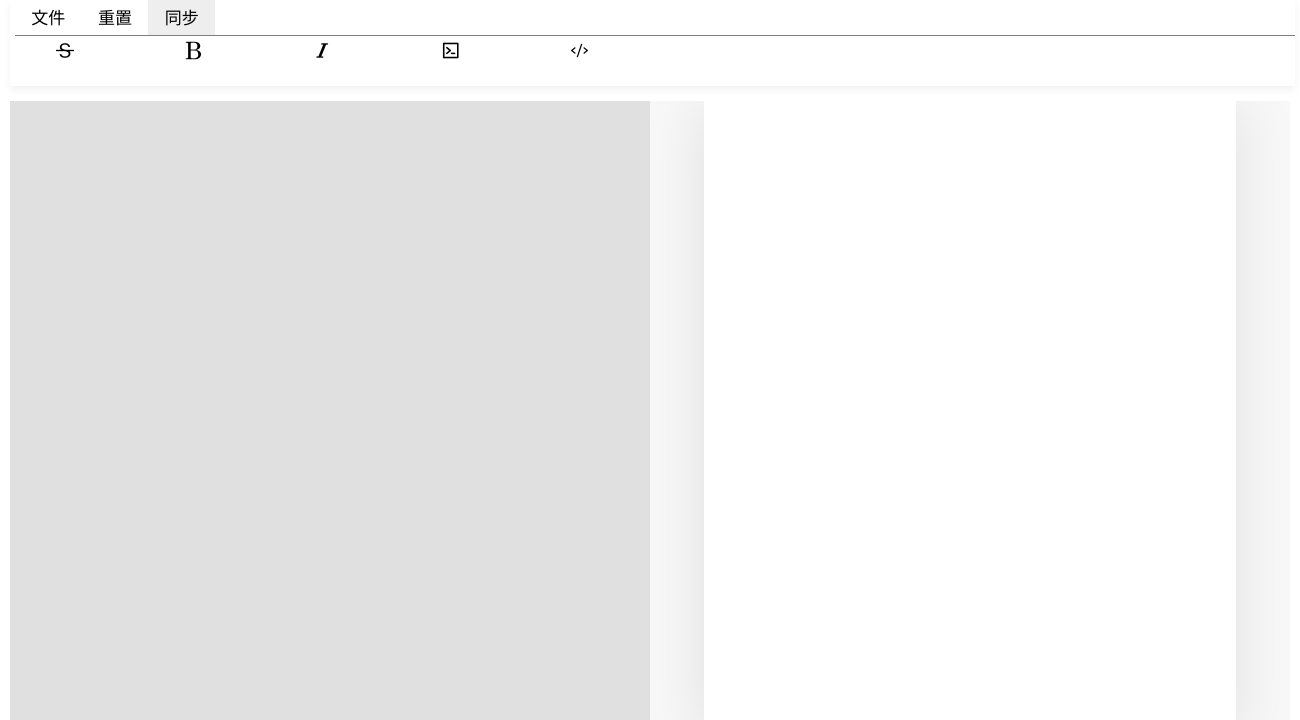
Repository: Wanghd6/Task
Page: / (app in task3_md_react/)
These files come from the project's save history. The page is drawn as it stood at one moment and after the next save; the edit follows.
The browser window is 1280 px wide. The page is 1300 px wide, so the pictures cover 1300 px, including what lies to the right of the window. The pictures show the whole page.
The project was rebuilt for these pictures with package versions that can differ from the ones it lists, and the page was loaded fresh each time. Also part of the build but not shown: task3_md_react/src/Modal.js.

Above is the page before, as saved 2024-09-27 12:07:17.

After the next save:
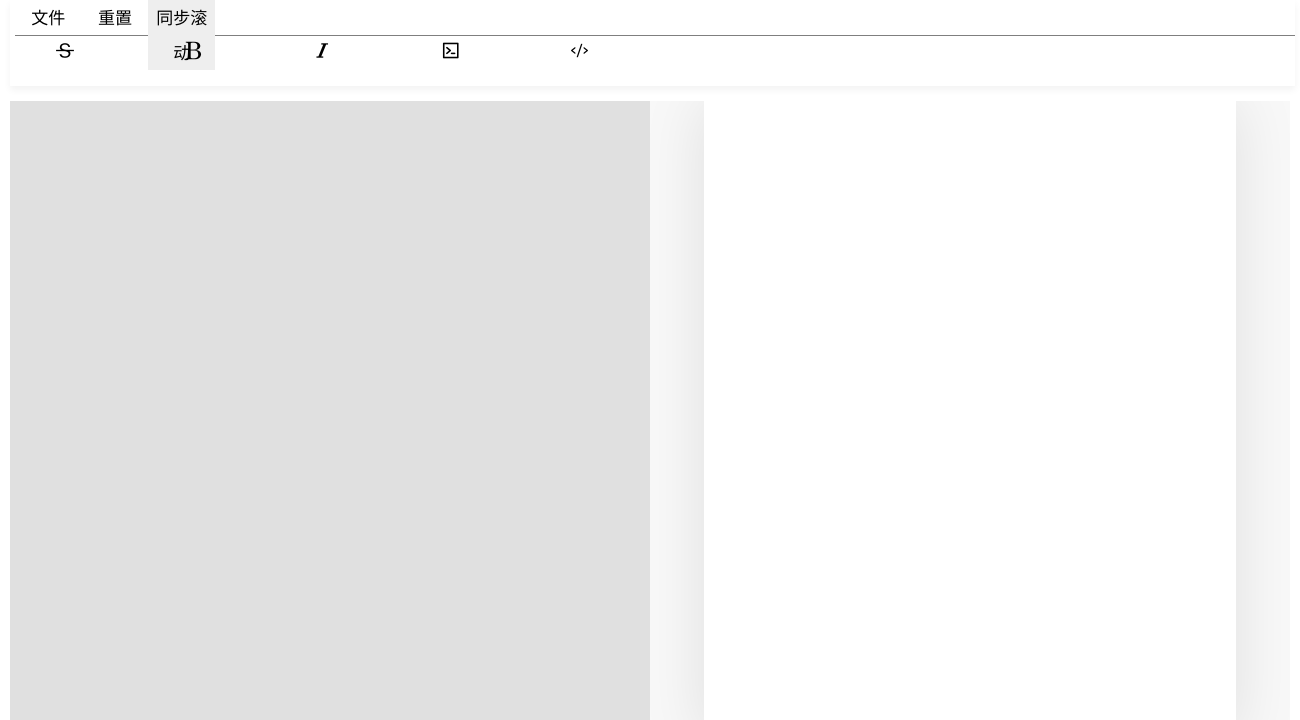
Saved 79 s later.
--- a/task3_md_react/src/Navbar.js
+++ b/task3_md_react/src/Navbar.js
@@ -28,7 +28,7 @@ const Navbar = ({ onFileChange, onReset, isSyncScroll, setIsSyncScroll }) => {
                         </ul>
                     </li>
                     <li className="reseticon" onClick={onReset}>重置</li>
-                    <li className="Syncicon" onClick={toggleSyncScroll} style={{ backgroundColor: isSyncScroll ? '#eee' : 'transparent' }}>同步</li>
+                    <li className="Syncicon" onClick={toggleSyncScroll} style={{ backgroundColor: isSyncScroll ? '#eee' : 'transparent' }}>同步滚动</li>
                 </ul>
             </span>
             <span className="right_nav"></span>
